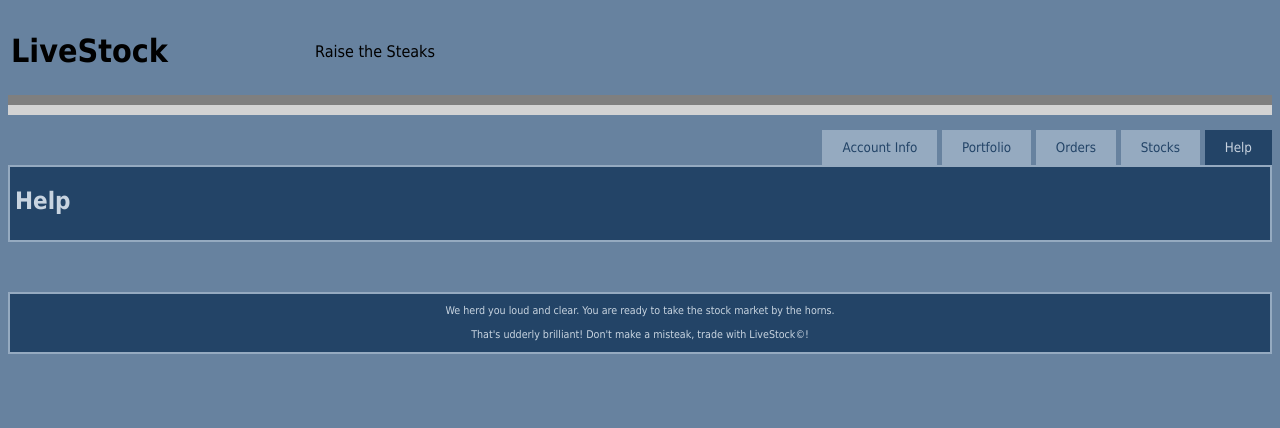
Repository: yastapova/live-stock
Page: LiveStockSite/WebContent/WEB-INF/cust_help.html
The author's editor kept a copy of each file at every save. The page is drawn from the files as they stood at one save, then again after the next save.
The browser window is 1280 px wide. The pictures show the whole page.

Above is the page before, as saved 2016-04-19 23:40:12.

### LiveStockSite/WebContent/WEB-INF/cust_help.html
<!DOCTYPE html>
<html>
<head>
	<meta charset="ISO-8859-1">
	<title>LiveStock Trading | Help</title>
	<link rel="stylesheet" href="gen.css" />
</head>
<body>
	<div class="header">
	<table>
		<tr>
			<td width='300px'><h1>LiveStock</h1></td>
			<td width='300px'><p>Raise the Steaks</p></td>
		</tr>
	</table>
	</div>
	<div class="menu" align="right">
	<a href="cust_acc_info.html">Account Info</a>
	<a href="cust_portfolio.html">Portfolio</a>
	<a href="cust_orders.html">Orders</a>
	<a href="cust_stocks.html">Stocks</a>
	<a href="cust_help.html" class="active">Help</a>
	</div>
	<div class="body" align="Left">
		<h2>Help</h2>

	</div>

	<div class="footer">
	<p>We herd you loud and clear. You are ready to take the stock market by the horns.</p>
	<p>That's udderly brilliant! Don't make a misteak, trade with LiveStock&copy;!</p>
	</div>
</body>
</html>

### LiveStockSite/WebContent/WEB-INF/gen.css
@CHARSET "ISO-8859-1";

body {
	background-color: #67829F;
	font-family: Tahoma;
}
a {
	font-size: 10pt;
}
.body a:link {
	color: #D6C9E2;
}
.body a:visited {
	color: #896AA4;
}
.body a:hover {
	color: #D6C9E2;
}
.formlabel {
	font-size: 10pt;
}
.accinfo {
	font-size: 10pt;
	font-family: "Times New Roman";
}
.header {
	border-bottom-style: groove;
	border-bottom-width: 20px;
	border-bottom-color: lightgrey;
	margin-bottom: 15px;
}
.body {
	padding-left: 5px;
	padding-right: 5px;
	padding-bottom: 5px;
	background-color: #234467;
	border-style: solid;
	border-width: 2px;
	border-color: #95AAC0;
	color: #C8D4E0;
}
.footer {
	text-align: center;
	margin-top: 50px;
	padding-left: 5px;
	padding-right: 5px;
	background-color: #234467;
	border-style: solid;
	border-width: 2px;
	border-color: #95AAC0;
	color: #C8D4E0;
}
.footer p {
	font-size: 8pt;
}
.menu a, a:visited {
	background-color: #95AAC0;
	color: #234467;
	padding: 10px 20px;
	text-align: center;
	text-decoration: none;
	display: inline-block;
}
.menu a:hover {
	background-color: #234467;
	color: #C8D3E0;
}
.menu a.active {
	background-color: #234467;
	color: #C8D3E0;
}

After the next save:
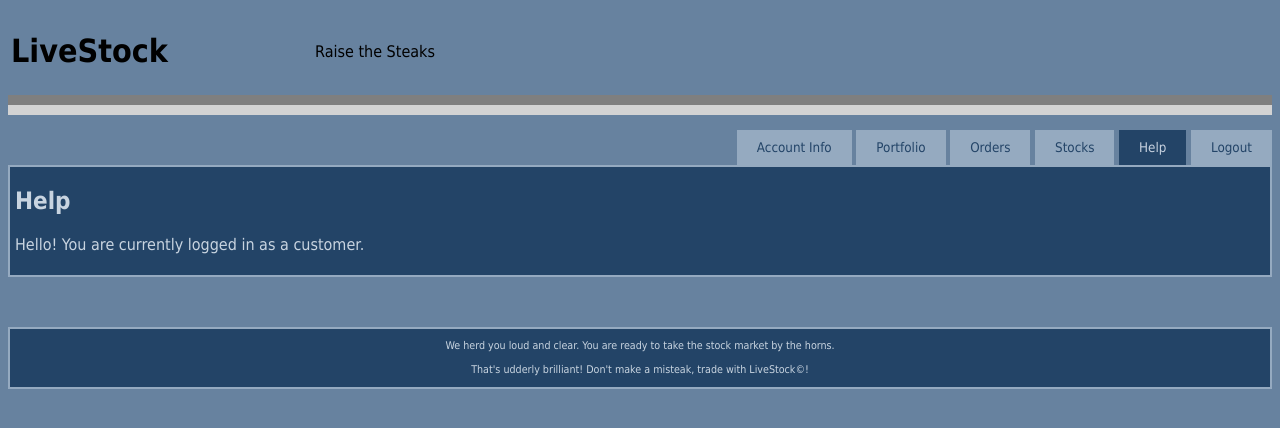
Saved 15 min 48 s later.
--- a/LiveStockSite/WebContent/WEB-INF/cust_help.html
+++ b/LiveStockSite/WebContent/WEB-INF/cust_help.html
@@ -20,10 +20,11 @@
 	<a href="cust_orders.html">Orders</a>
 	<a href="cust_stocks.html">Stocks</a>
 	<a href="cust_help.html" class="active">Help</a>
+	<a href="">Logout</a>
 	</div>
 	<div class="body" align="Left">
 		<h2>Help</h2>
-
+		<p>Hello! You are currently logged in as a customer.</p>
 	</div>
 
 	<div class="footer">
